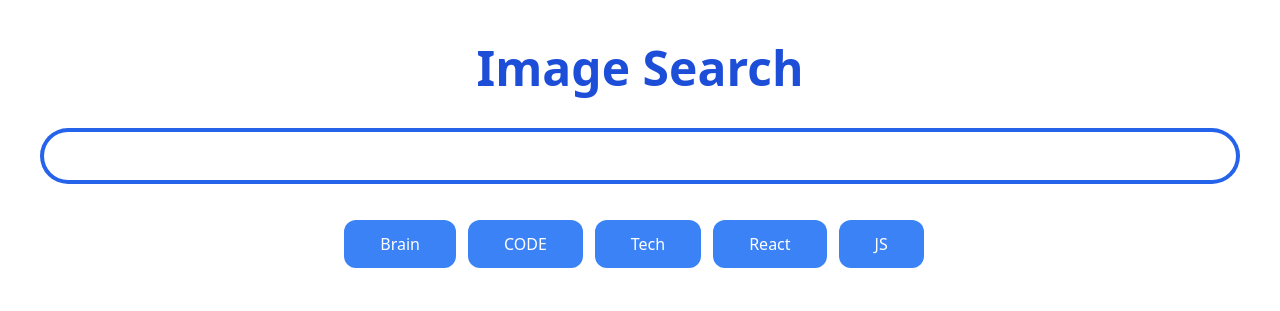
Repository: rkrukshan/react-image-gallery
Page: /
These files come from the project's save history. The page is drawn as it stood at one moment and after the next save; the edit follows.
The browser window is 1280 px wide. The pictures show the whole page.
The project was rebuilt for these pictures with package versions that can differ from the ones it lists, and the page was loaded fresh each time. Also part of the build but not shown: vite.config.js.

Above is the page before, as saved 2025-01-07 12:58:46.

After the next save:
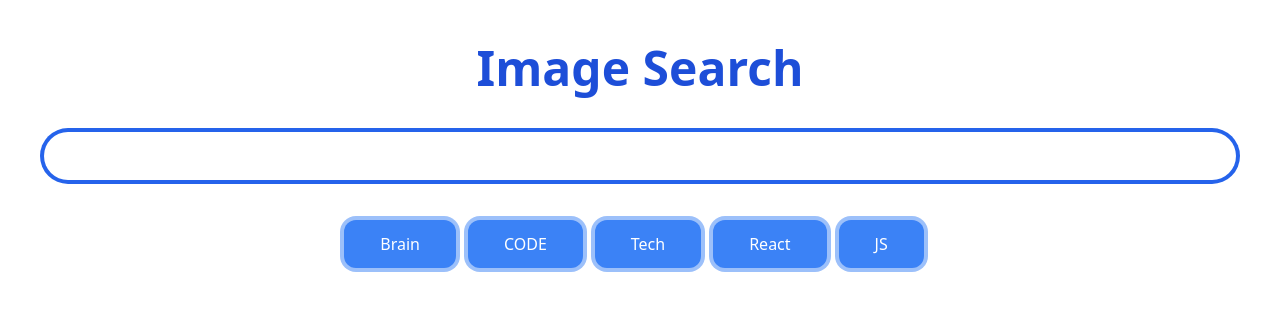
Saved 16 s later.
--- a/src/assets/components/Gallery.jsx
+++ b/src/assets/components/Gallery.jsx
@@ -11,11 +11,11 @@ export default function Gallery() {
         />
       </div>
       <div className="flex justify-center mt-10">
-        <button className="bg-blue-500 text-white px-9 py-3 mr-3 rounded-xl ring-5 hover:ring-slate-700">Brain</button>
-        <button className="bg-blue-500 text-white px-9 py-3 mr-3 rounded-xl ring-5 hover:ring-slate-700">CODE</button>
-        <button className="bg-blue-500 text-white px-9 py-3 mr-3 rounded-xl ring-5 hover:ring-slate-700"> Tech</button>
-        <button className="bg-blue-500 text-white px-9 py-3 mr-3 rounded-xl ring-5 hover:ring-slate-700">React</button>
-        <button className="bg-blue-500 text-white px-9 py-3 mr-3 rounded-xl ring-5 hover:ring-slate-700">JS</button>
+        <button className="bg-blue-500 text-white px-9 py-3 mr-3 rounded-xl ring-4 hover:ring-slate-700">Brain</button>
+        <button className="bg-blue-500 text-white px-9 py-3 mr-3 rounded-xl ring-4 hover:ring-slate-700">CODE</button>
+        <button className="bg-blue-500 text-white px-9 py-3 mr-3 rounded-xl ring-4 hover:ring-slate-700"> Tech</button>
+        <button className="bg-blue-500 text-white px-9 py-3 mr-3 rounded-xl ring-4 hover:ring-slate-700">React</button>
+        <button className="bg-blue-500 text-white px-9 py-3 mr-3 rounded-xl ring-4 hover:ring-slate-700">JS</button>
       </div>
     </div>
   );
